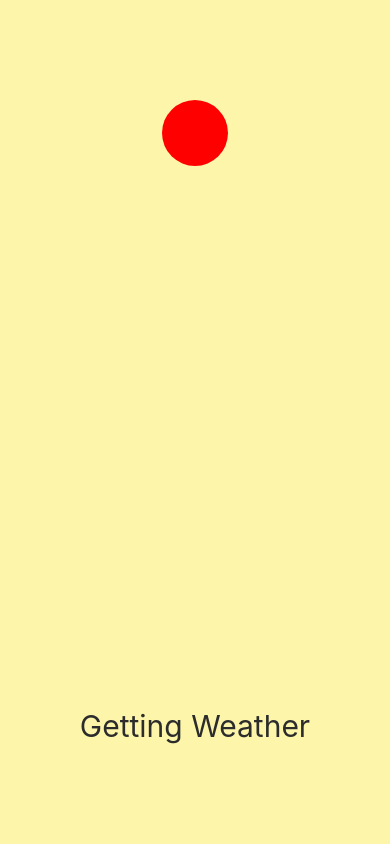
Repository: Exchallenger/Weather-app
Screen: /
An editor plug-in stored every save of this project. The screen is shown before and after the next save, followed by the edit.
The app was drawn by React Native's web renderer in a window 390 px wide. The project was rebuilt for these pictures with package versions that can differ from the ones it lists, and the page was loaded fresh each time. Also part of the build but not shown: weather.js.

Above is the screen before, as saved 2021-01-15 15:21:44.

### App.js
import { StatusBar } from 'expo-status-bar';
import {Alert} from "react-native";
import React, { useEffect, useState } from 'react';
import Loading from './loading';
import * as Location from 'expo-location';
import axios from 'axios';
import Weather from './weather';

const API_KEY = "9e0bfa2c5f6975bf6890d7892b8f2c06";
// api.openweathermap.org/data/2.5/weather?lat=35.544829899999996&lon=129.3517382&appid=9e0bfa2c5f6975bf6890d7892b8f2c06

const App = (props) => {
  const [isLoading, setIsLoading] = useState(true);
  const [temp, setTemp] = useState();
  const [nowweather, setNowWeather] = useState();
  const [city, setCity] = useState();


  // const weathers = ['Thunderstorm','Dizzle','Rain','Snow','Atmosphere','Clear','Clouds','Haze','Mist','Dust'];

  const getWeather = async(latitude, longitude) =>{
      const {data} = await axios.get(
        `https://api.openweathermap.org/data/2.5/weather?lat=${latitude}&lon=${longitude}&appid=${API_KEY}&units=metric`);
        setIsLoading(true);
        const ntemp = data.main.temp;
        setTemp(ntemp);
        const nweather = data.weather[0].main;
        setNowWeather(nweather);
        const ncity = data.name;
        setCity(ncity);
  };
  const getLocation = async() =>{
    try{
      await Location.requestPermissionsAsync();
      const {coords : {latitude, longitude}} = await Location.getCurrentPositionAsync();
      getWeather(latitude, longitude);
    }catch(error){
      Alert.alert("Cat find you", "so sad");
    }}
  useEffect(()=>{
    getLocation();
  },[isLoading]);


  return (isLoading ? <Loading/> : <Weather temp={temp} weather={nowweather} city={city}/>);
};

export default App;

//Math.round(temp)

### loading.js
import React,{Component} from 'react';
import {StyleSheet, Text, View} from "react-native";

export default function Loading(){
    return(
    <View style={styles.container}>
        <View style={styles.load}></View>
        <View style={styles.texts}><Text style={styles.text}>Getting Weather</Text></View>
    </View>);
}

const styles = StyleSheet.create({
    container:{
        flex:1,
        justifyContent:"space-between",
        alignItems:"center",
        paddingHorizontal:30,
        paddingVertical:100,
        backgroundColor:"#FDF6AA"
    },
    texts:{
        flex:9,
        justifyContent:"flex-end",
        alignItems:"flex-end",
    },
    text:{
        color:"#2c2c2c",
        fontSize:30,
    },
    load:{
        position:"absolute",
        top:"550",
        height:66,
        width:66,
        backgroundColor:'red',
        borderRadius:50,
    }
});

After the next save:
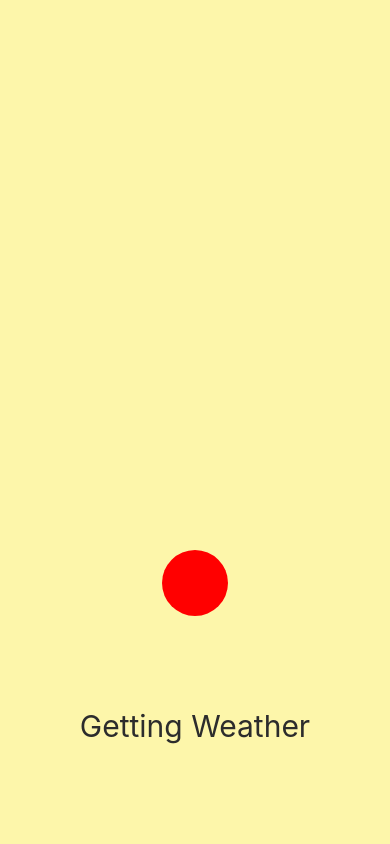
Saved 4 s later.
--- a/loading.js
+++ b/loading.js
@@ -29,7 +29,7 @@ const styles = StyleSheet.create({
     },
     load:{
         position:"absolute",
-        top:"550",
+        top:550,
         height:66,
         width:66,
         backgroundColor:'red',
